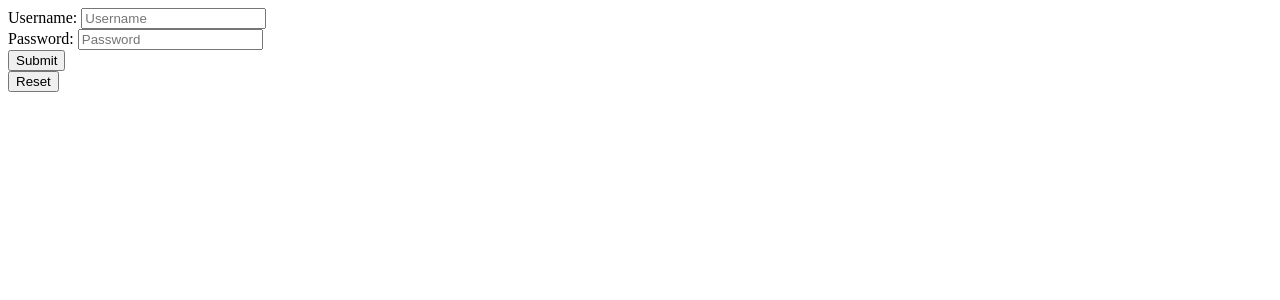
Repository: Roj13/cheapomail
Page: index.html
The author's editor kept a record of every edit. The page is drawn from the files as they stood at one moment, then again after the next edit.
The browser window is 1280 px wide. The pictures show the whole page.

Above is the page before.

### index.html
<!DOCTYPE html>
<html>

<head>

    <title>Cheapomail</title>


</head>




<body>

<form>
    <label for="log">Username: </label>
<input class= "user" type="text" placeholder="Username"/ required><br/>
    <label for="pass">Password: </label>
<input class= "pass" type="password" placeholder="Password" required/><br/>

<input class= "submit" type="submit" vaue="Login"/><br/>

<input class= "reset" type="reset" value="Reset"/><br/>




</form>


</body>

</html>

After the next edit:
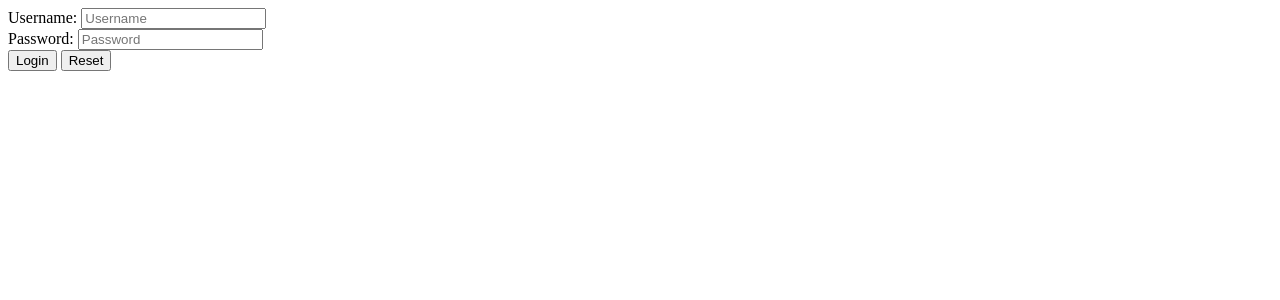
The edit:
--- a/index.html
+++ b/index.html
@@ -19,7 +19,7 @@
     <label for="pass">Password: </label>
 <input class= "pass" type="password" placeholder="Password" required/><br/>
 
-<input class= "submit" type="submit" vaue="Login"/><br/>
+<input class= "submit" type="submit" value="Login"/>
 
 <input class= "reset" type="reset" value="Reset"/><br/>
 
